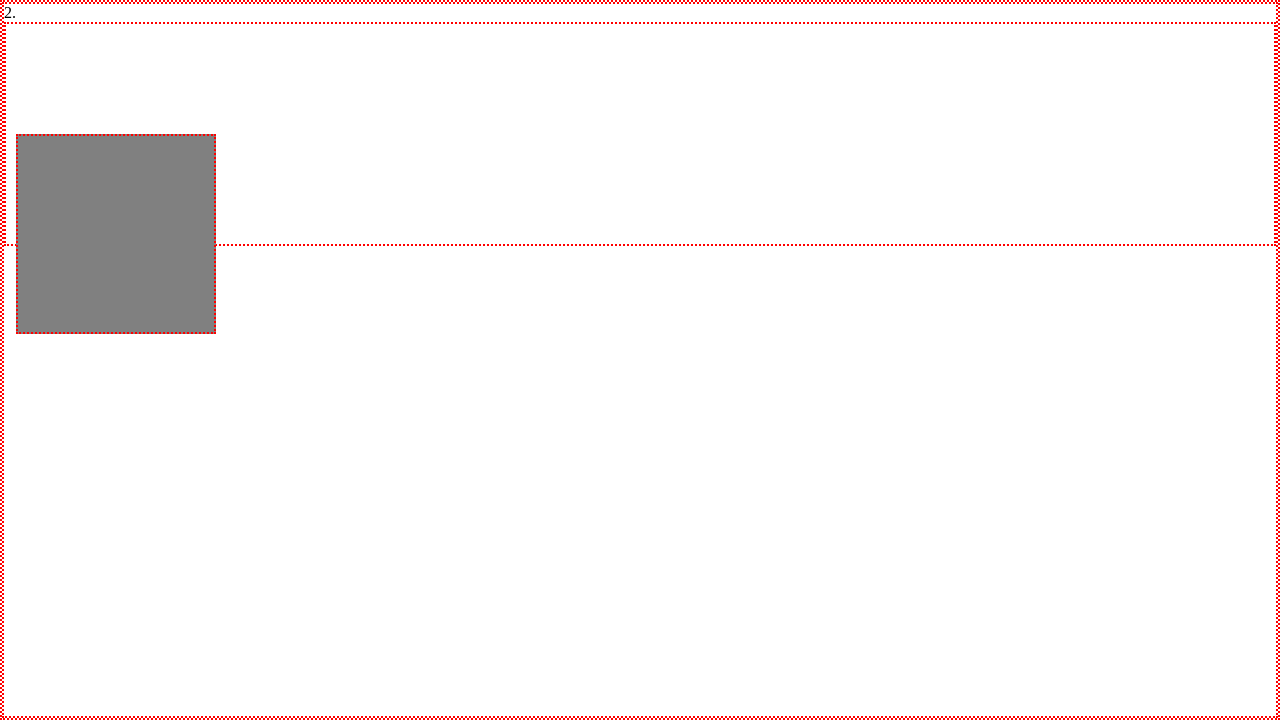
Repository: LavriaNeptune/css-basic
Page: position/top.html
These files come from the project's save history. The page is drawn as it stood at one moment and after the next save; the edit follows.
The browser window is 1280 px wide. The pictures show the whole page.

Above is the page before, as saved 2022-08-19 19:59:32.

### position/top.html
2.<!DOCTYPE html>

<html>
  <head>
    <style>
      * {
        box-sizing: border-box;
        margin: 0;
        padding: 0;
        border: 2px dotted red;
      }
      /* #container {
      } */
      #target {
        margin: 10px;
        padding: 10px;
        background-color: gray;
        width: 200px;
        height: 200px;

        position: relative;

        bottom: -100px;
        /* bottom 的设置取决于当前元素的定位属性:是 absolute 还是 relative
        表示相对于定位元素底部的距离,可接受复数(表示反方向)
        默认值为 auto -> 表示按照元素的 static 模式进行定位 */
      }
    </style>
  </head>
  <body>
    <div id="container">
      <div id="target"></div>
    </div>
  </body>
</html>

After the next save:
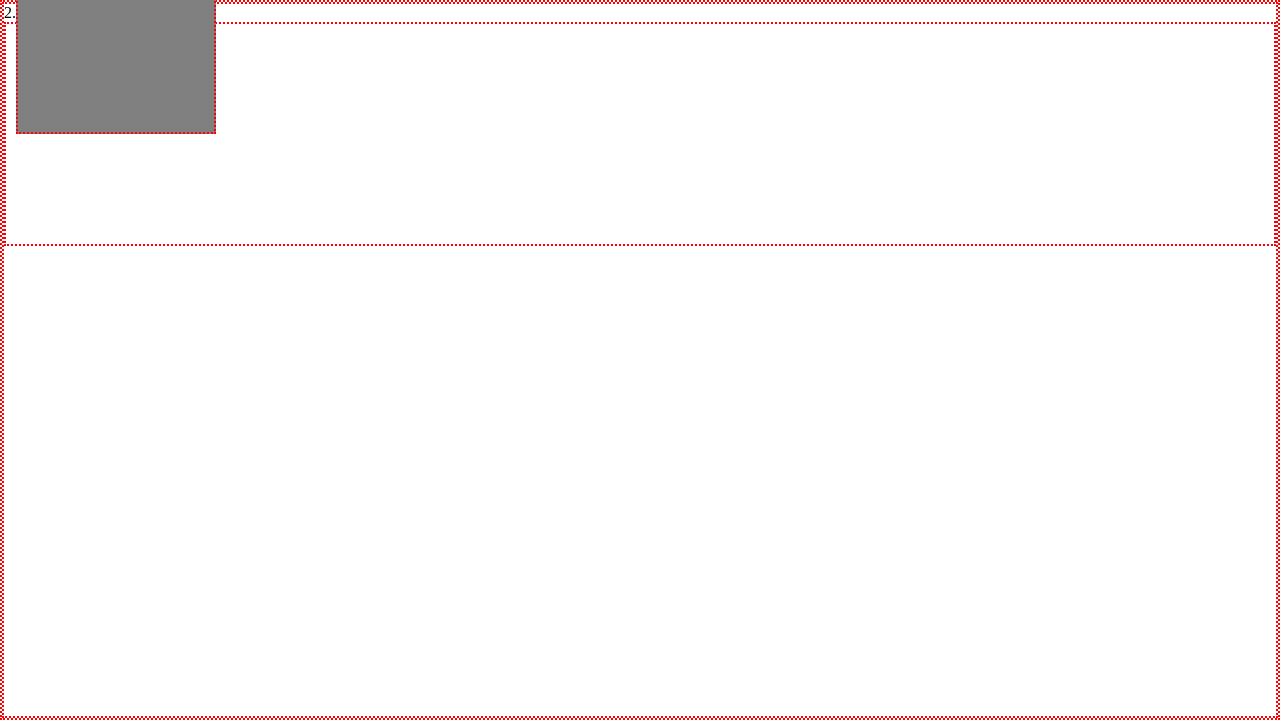
Saved 3 s later.
--- a/position/top.html
+++ b/position/top.html
@@ -20,7 +20,7 @@
 
         position: relative;
 
-        bottom: -100px;
+        top: -100px;
         /* bottom 的设置取决于当前元素的定位属性:是 absolute 还是 relative
         表示相对于定位元素底部的距离,可接受复数(表示反方向)
         默认值为 auto -> 表示按照元素的 static 模式进行定位 */
